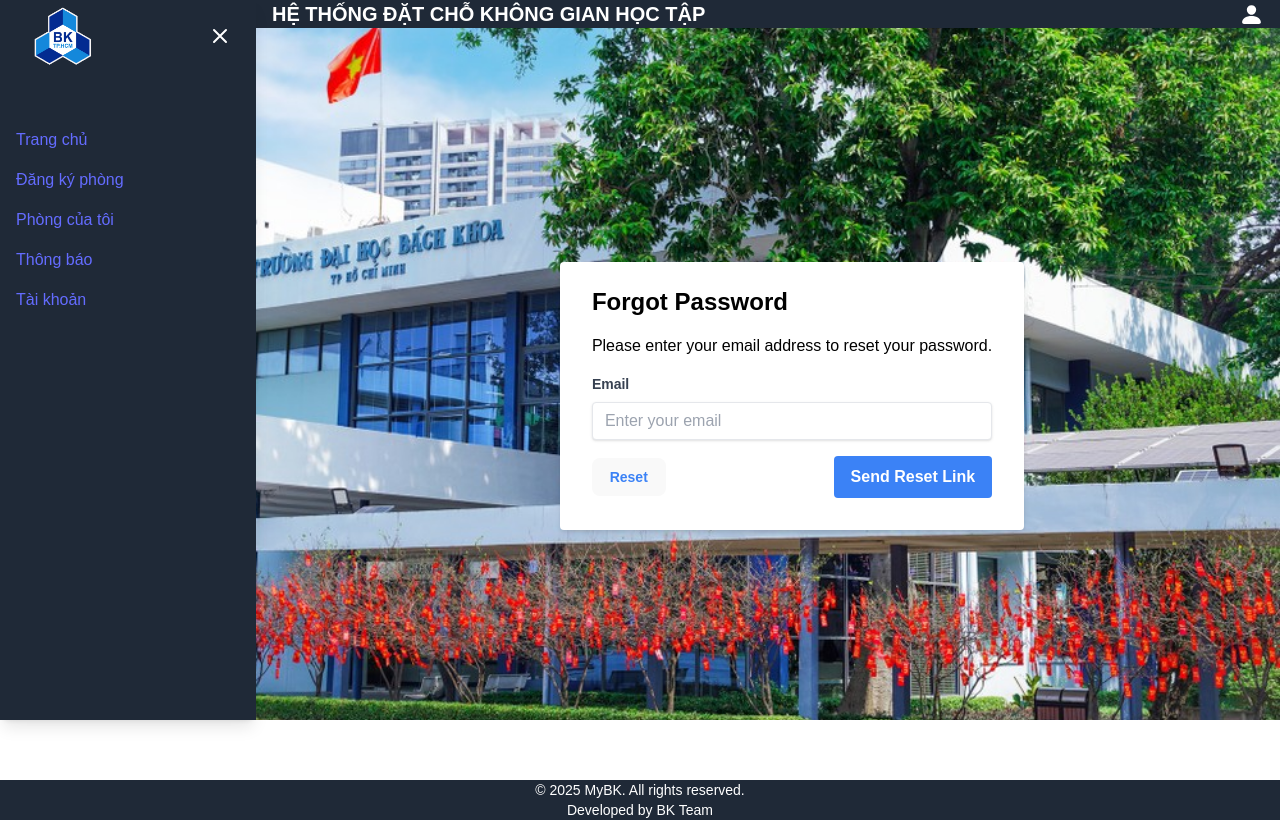
Repository: CNPM-S3MRS/frontend-web
Page: /forgotpwd
An editor plug-in stored every save of this project. The page is shown before and after the next save, followed by the edit.
The browser window is 1280 px wide. The pictures show the whole page.
The project was rebuilt for these pictures with package versions that can differ from the ones it lists, and the page was loaded fresh each time. Also part of the build but not shown: vite.config.js, src/pages/auth/Login.jsx, src/components/card/NotificationCard.jsx, src/components/pagination/Pagination.jsx, src/components/dropdownmenu/DropdownList.jsx, src/pages/notification/notification.jsx, src/components/card/DisplayCard.jsx, src/pages/homepage/Homepage.jsx.

Above is the page before, as saved 2025-04-11 00:22:07.

After the next save:
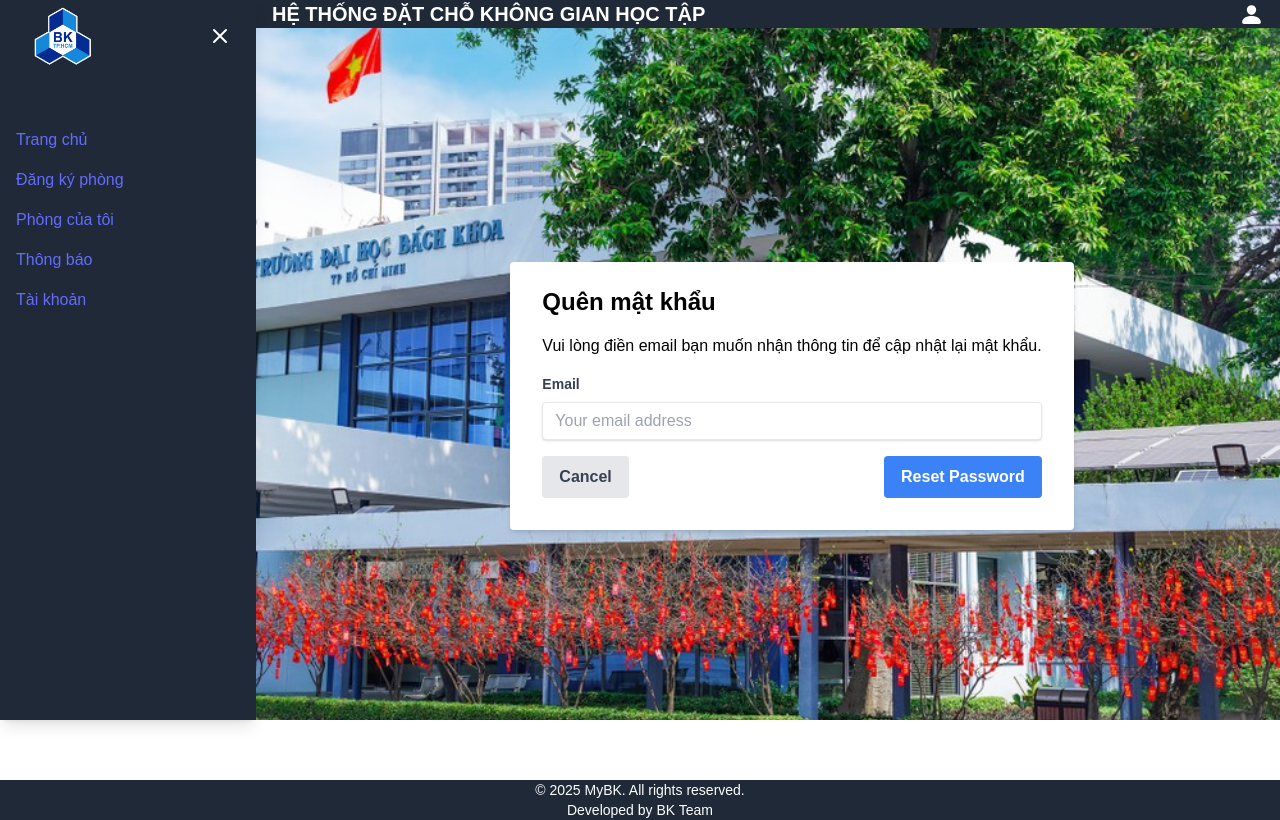
Saved 3 min 0 s later.
--- a/src/components/form/ForgotPassword.jsx
+++ b/src/components/form/ForgotPassword.jsx
@@ -1,40 +1,45 @@
 import React from "react";
 
 const ForgotPassword = () => {
-    return (
-        <div className="flex flex-col items-center justify-center h-screen">
-
-        <form className="bg-white shadow-md rounded px-8 pt-6 pb-8 mb-4">
-        <h1 className="text-2xl font-bold mb-4">Forgot Password</h1>
-        <p className="mb-4">Please enter your email address to reset your password.</p>
-            <div className="mb-4">
-            <label className="block text-gray-700 text-sm font-bold mb-2" htmlFor="email">
-                Email
-            </label>
-            <input
-                type="email"
-                id="email"
-                placeholder="Enter your email"
-                className="shadow appearance-none border rounded w-full py-2 px-3 text-gray-700 leading-tight focus:outline-none focus:shadow-outline"
-            />
-            </div>
-            <div className="flex items-center justify-between">
-            <button
-                type="button"
-                className="inline-block align-baseline font-bold text-sm text-blue-500 hover:text-blue-800"
-                >
-                    Reset
-                </button>
-            <button
-                type="submit"
-                className="bg-blue-500 hover:bg-blue-700 text-white font-bold py-2 px-4 rounded focus:outline-none focus:shadow-outline"
-            >
-                Send Reset Link
-            </button>
-            </div>
-        </form>
+  return (
+    <div className="flex flex-col items-center justify-center h-screen">
+      <form className="bg-white shadow-md rounded px-8 pt-6 pb-8 mb-4">
+        <h1 className="text-2xl font-bold mb-4">Quên mật khẩu</h1>
+        <p className="mb-4">
+          Vui lòng điền email bạn muốn nhận thông tin để cập nhật lại mật khẩu.
+        </p>
+        <div className="mb-4">
+          <label
+            className="block text-gray-700 text-sm font-bold mb-2"
+            htmlFor="email"
+          >
+            Email
+          </label>
+          <input
+            type="email"
+            id="email"
+            placeholder="Your email address"
+            className="shadow appearance-none border rounded w-full py-2 px-3 text-gray-700 leading-tight focus:outline-none focus:shadow-outline"
+          />
         </div>
-    );
+        {/* Buttons */}
+        <div className="flex items-center justify-between">
+          <button
+            type="button"
+            className="bg-gray-200 hover:bg-gray-300 text-gray-700 font-bold py-2 px-4 rounded focus:outline-none focus:shadow-outline"
+          >
+            Cancel
+          </button>
+          <button
+            type="submit"
+            className="bg-blue-500 hover:bg-blue-700 text-white font-bold py-2 px-4 rounded focus:outline-none focus:shadow-outline"
+          >
+            Reset Password
+          </button>
+        </div>
+      </form>
+    </div>
+  );
 };
 
 export default ForgotPassword;
